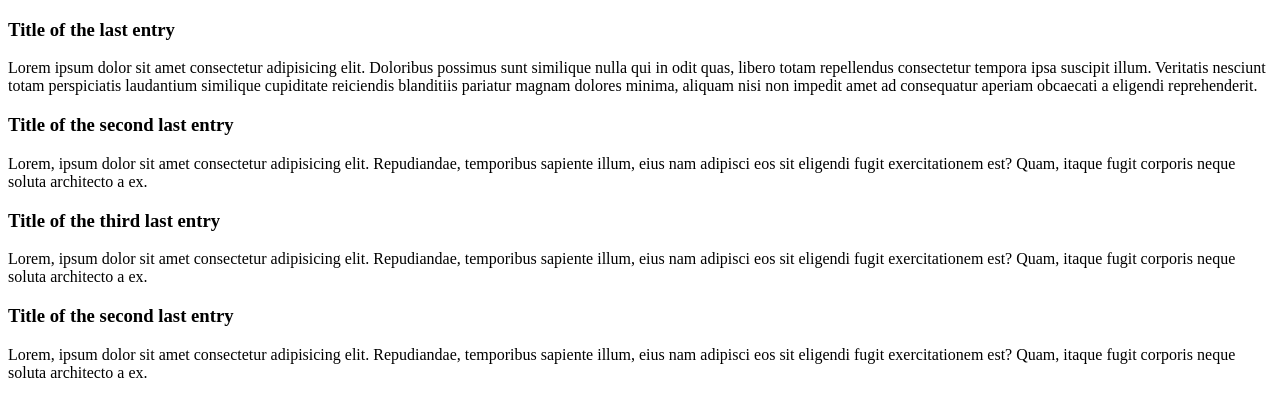
Repository: KikiMcArron/Don_Kiki_McArron
Page: index.html
These files come from the project's save history. The page is drawn as it stood at one moment and after the next save; the edit follows.
The browser window is 1280 px wide. The pictures show the whole page.

Above is the page before, as saved 2022-04-08 12:49:44.

### index.html
<!DOCTYPE html>
<html lang="pl">

<head>
    <meta charset="UTF-8">
    <meta http-equiv="X-UA-Compatible" content="IE=edge">
    <meta name="viewport" content="width=device-width, initial-scale=1.0">
    <title>Document</title>
</head>

<body>
    <header>
        <nav></nav>
    </header>
    <main>
        <section class="last_entrie">
            <article>
                <h3>Title of the last entry</h3>
                <p>Lorem ipsum dolor sit amet consectetur adipisicing elit. Doloribus possimus sunt similique nulla qui in odit quas, libero totam repellendus consectetur tempora ipsa suscipit illum. Veritatis nesciunt totam
                    perspiciatis laudantium similique cupiditate reiciendis blanditiis pariatur magnam dolores minima,
                    aliquam nisi non impedit amet ad consequatur aperiam obcaecati a eligendi reprehenderit.</p>

            </article>
        </section>
        <section class="prev_entries">
            <article>
                <h3>Title of the second last entry</h3>
                <p>Lorem, ipsum dolor sit amet consectetur adipisicing elit. Repudiandae, temporibus sapiente illum,
                    eius nam adipisci eos sit eligendi fugit exercitationem est? Quam, itaque fugit corporis neque
                    soluta architecto a ex.</p>
                </article>
                <article>
                    <h3>Title of the third last entry</h3>
                    <p>Lorem, ipsum dolor sit amet consectetur adipisicing elit. Repudiandae, temporibus sapiente illum,
                        eius nam adipisci eos sit eligendi fugit exercitationem est? Quam, itaque fugit corporis neque
                        soluta architecto a ex.</p>
                    </article>
                    <h3>Title of the second last entry</h3>
            <article>
                <p>Lorem, ipsum dolor sit amet consectetur adipisicing elit. Repudiandae, temporibus sapiente illum,
                    eius nam adipisci eos sit eligendi fugit exercitationem est? Quam, itaque fugit corporis neque
                    soluta architecto a ex.</p>
            </article>
        </section>
        <section class="hitory_entries"></section>
    </main>
    <aside class="notes"></aside>
    <aside class="projects"></aside>
    <footer></footer>
</body>

</html>

After the next save:
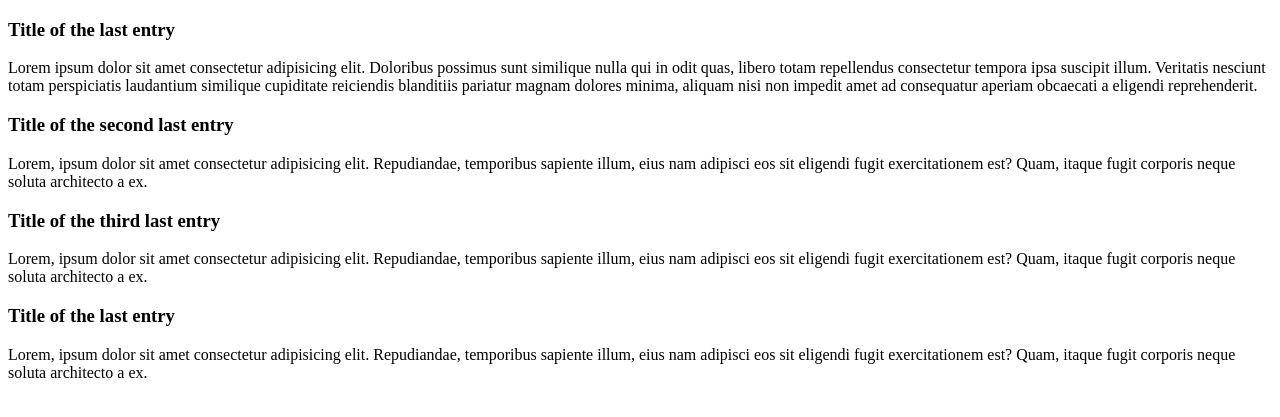
Saved 11 s later.
--- a/index.html
+++ b/index.html
@@ -35,8 +35,8 @@
                         eius nam adipisci eos sit eligendi fugit exercitationem est? Quam, itaque fugit corporis neque
                         soluta architecto a ex.</p>
                     </article>
-                    <h3>Title of the second last entry</h3>
-            <article>
+                    <article>
+                <h3>Title of the  last entry</h3>
                 <p>Lorem, ipsum dolor sit amet consectetur adipisicing elit. Repudiandae, temporibus sapiente illum,
                     eius nam adipisci eos sit eligendi fugit exercitationem est? Quam, itaque fugit corporis neque
                     soluta architecto a ex.</p>
